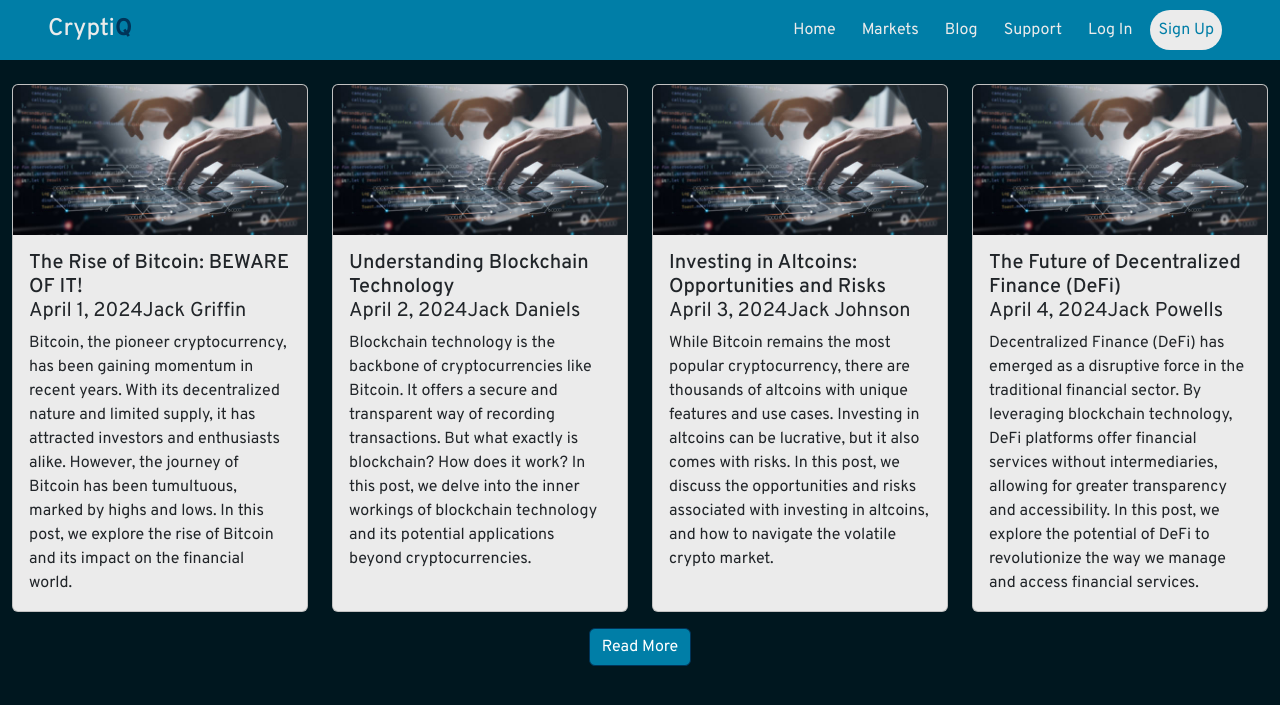
Repository: griffin1995/cryptocurrencyPlatform
Page: /Blog (app in client/)
These files come from the project's save history. The page is drawn as it stood at one moment and after the next save; the edit follows.
The browser window is 1280 px wide. The pictures show the whole page.
The project was rebuilt for these pictures with package versions that can differ from the ones it lists, and the page was loaded fresh each time. Also part of the build but not shown: client/src/context/AdminContext.js, client/src/components/CoinDetails.js, client/src/hooks/useAdminContext.js, client/src/components/SignUpUser.js, client/src/components/UserDetails.js, client/src/components/AdminControls.js, client/src/pages/Home.js, client/src/hooks/useSignUp.js and 15 more.

Above is the page before, as saved 2024-04-07 15:31:50.

After the next save:
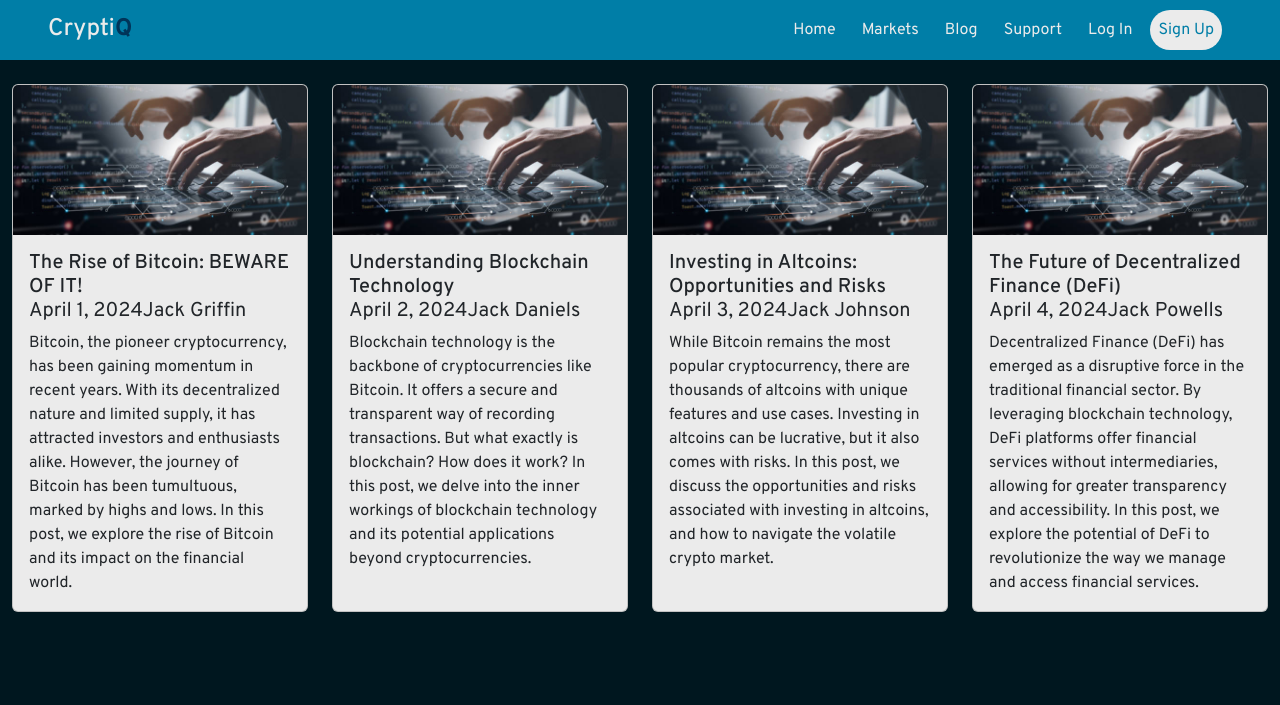
Saved 2 min 5 s later.
--- a/client/src/pages/Blog.js
+++ b/client/src/pages/Blog.js
@@ -4,6 +4,13 @@
 import image from "../media/place-holder.jpg";
 
 export default function Blog() {
+
+  const [visible, setVisible] = useState(4); // State variable for the number of visible posts
+
+  const loadMore = () => {
+    setVisible((prevValue) => prevValue + 4);
+  };
+
   const posts = [
     {
       id: 1,
@@ -73,9 +80,11 @@
         </>
       )}
     </Row>
+    {visible < posts.length &&
     <div className="d-flex justify-content-center mt-3">
     <Button className="btn btn-custom">Read More</Button>
   </div>
+  }
 </div>
   );
 }

After the 5 saves that followed:
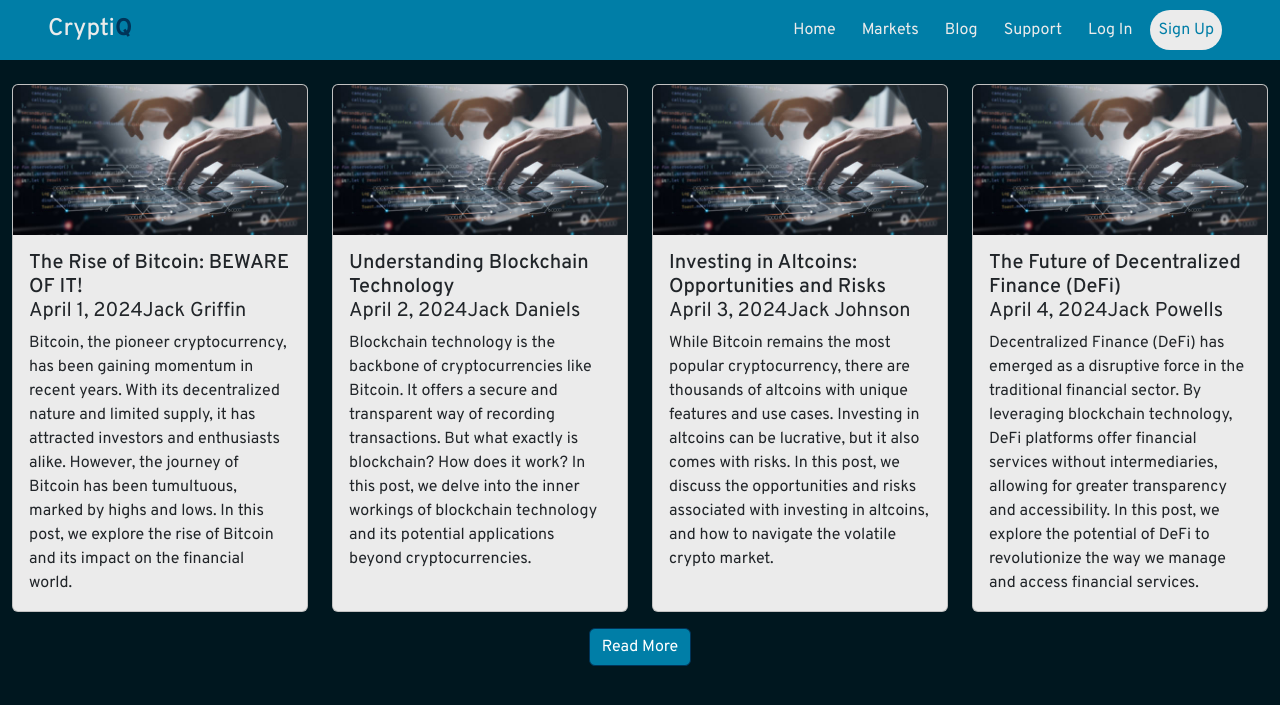
The 5 saves are shown as one change because 3 left the picture as it was and some came seconds apart.
The last was saved 4 min 2 s later.
--- a/client/src/pages/Blog.js
+++ b/client/src/pages/Blog.js
@@ -48,6 +48,42 @@
       content:
         "Decentralized Finance (DeFi) has emerged as a disruptive force in the traditional financial sector. By leveraging blockchain technology, DeFi platforms offer financial services without intermediaries, allowing for greater transparency and accessibility. In this post, we explore the potential of DeFi to revolutionize the way we manage and access financial services.",
     },
+    {
+      id: 5,
+      title: "The Future of Decentralized Finance (DeFi)",
+      date: "April 4, 2024",
+      author: "Jack Powells",
+      image: "got annoyed",
+      content:
+        "Decentralized Finance (DeFi) has emerged as a disruptive force in the traditional financial sector. By leveraging blockchain technology, DeFi platforms offer financial services without intermediaries, allowing for greater transparency and accessibility. In this post, we explore the potential of DeFi to revolutionize the way we manage and access financial services.",
+    },
+    {
+      id: 6,
+      title: "The Future of Decentralized Finance (DeFi)",
+      date: "April 4, 2024",
+      author: "Jack Powells",
+      image: "got annoyed",
+      content:
+        "Decentralized Finance (DeFi) has emerged as a disruptive force in the traditional financial sector. By leveraging blockchain technology, DeFi platforms offer financial services without intermediaries, allowing for greater transparency and accessibility. In this post, we explore the potential of DeFi to revolutionize the way we manage and access financial services.",
+    },
+    {
+      id: 7,
+      title: "The Future of Decentralized Finance (DeFi)",
+      date: "April 4, 2024",
+      author: "Jack Powells",
+      image: "got annoyed",
+      content:
+        "Decentralized Finance (DeFi) has emerged as a disruptive force in the traditional financial sector. By leveraging blockchain technology, DeFi platforms offer financial services without intermediaries, allowing for greater transparency and accessibility. In this post, we explore the potential of DeFi to revolutionize the way we manage and access financial services.",
+    },
+    {
+      id: 8,
+      title: "The Future of Decentralized Finance (DeFi)",
+      date: "April 4, 2024",
+      author: "Jack Powells",
+      image: "got annoyed",
+      content:
+        "Decentralized Finance (DeFi) has emerged as a disruptive force in the traditional financial sector. By leveraging blockchain technology, DeFi platforms offer financial services without intermediaries, allowing for greater transparency and accessibility. In this post, we explore the potential of DeFi to revolutionize the way we manage and access financial services.",
+    },
   ];
   return (
     <div>
@@ -56,7 +92,7 @@
         <p className="error-message">No posts to display</p>
       ) : (
         <>
-          {posts.map((post) => (
+          {posts.slice(0, visible).map((post) => (
             <Col sm={3} key={post.id}>
               <Card className="h-100">
                 <Card.Img variant="top" src={image} />
@@ -82,8 +118,8 @@
     </Row>
     {visible < posts.length &&
     <div className="d-flex justify-content-center mt-3">
-    <Button className="btn btn-custom">Read More</Button>
-  </div>
+      <Button className="btn btn-custom">Read More</Button>
+    </div>
   }
 </div>
   );
